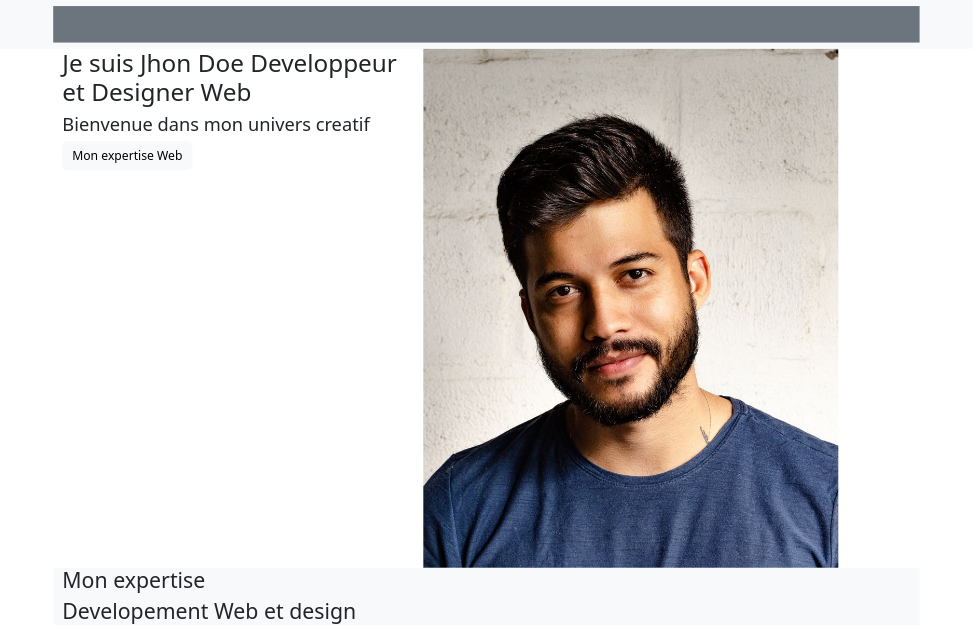
Repository: wadelfadill/Bootstrap_tache_1_portfolio
Page: index.html
The author's editor kept a copy of each file at every save. The page is drawn from the files as they stood at one save, then again after the next save.
The browser window is 1280 px wide. The pictures show the whole page, at 76% of full size.

Above is the page before, as saved 2023-03-27 11:48:24.

After the next save:
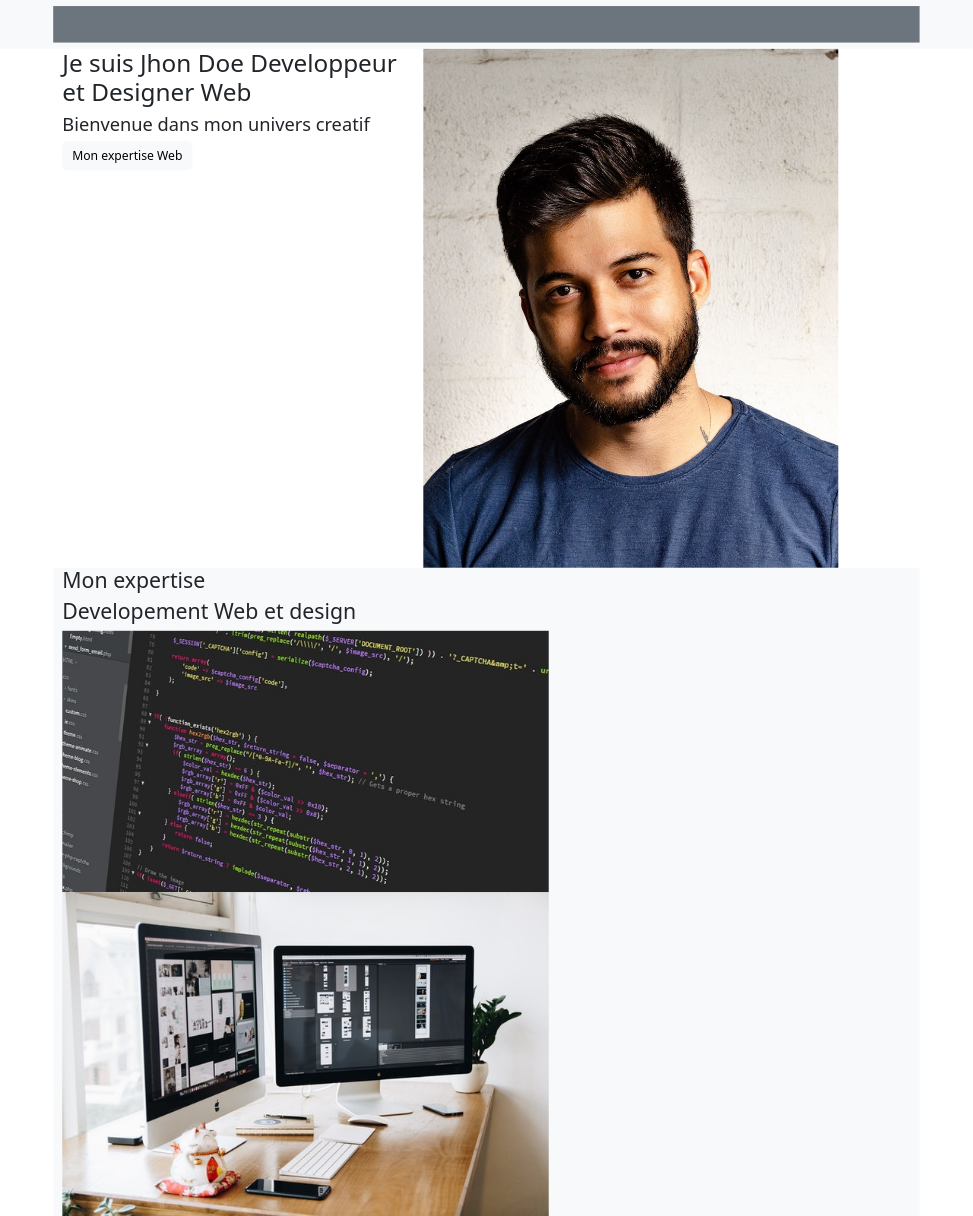
Saved 81 s later.
--- a/index.html
+++ b/index.html
@@ -32,16 +32,20 @@
         <p class="h3">Developement Web et design</p>
         <div class="grid" style="--bs-rows:2; --bs-columns:2; --bs-gap:1.5rem;">
             <div class="g-col-7 bg-secondary g-start-1">
+                <div class="container-fluid">
 
+                </div>
             </div>
             <div class="g-col-5 g-start-2">
-                <!-- <img src="img/code.jpg" alt="" class="img-fluid"> -->
+                <img src="img/code.jpg" alt="" class="img-fluid">
             </div>
             <div class="g-col-5 g-start-1">
-                <!-- <img src="img/design.jpg" alt="" class="img-fluid"> -->
+                <img src="img/design.jpg" alt="" class="img-fluid">
             </div>
             <div class="g-col-7 bg-secondary">
+                <div class="container-fluid">
 
+                </div>
             </div>
         </div>
     </div>
